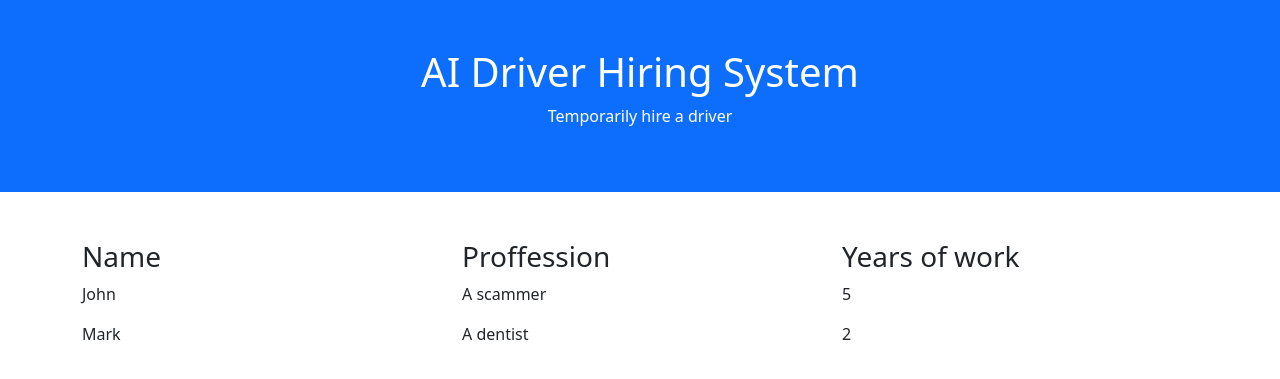
Repository: Wuda2000/AI-powered-Driver-hiring-system
Page: ONE.html
The author's editor kept a copy of each file at every save. The page is drawn from the files as they stood at one save, then again after the next save.
The browser window is 1280 px wide. The pictures show the whole page.

Above is the page before, as saved 2024-12-23 22:21:06.

### ONE.html
<!DOCTYPE html>
<html lang="en">
<head>
  <title>Bootstrap 5 Example</title>
  <meta charset="utf-8">
  <meta name="viewport" content="width=device-width, initial-scale=1">
  <link href="https://cdn.jsdelivr.net/npm/bootstrap@5.3.3/dist/css/bootstrap.min.css" rel="stylesheet">
  <script src="https://cdn.jsdelivr.net/npm/bootstrap@5.3.3/dist/js/bootstrap.bundle.min.js"></script>
</head>
<body>


    <div class="container-fluid p-5 bg-primary text-white text-center">
        <h1>AI Driver Hiring System</h1>
        <p style="color: ;">Temporarily hire a driver</p>
      </div>

      <div class="container mt-5">
        <div class="row">
          <div class="col-sm-4">
            <h3>Name</h3>
            <p>John</p>
            <p>Mark</p>
          </div>
          <div class="col-sm-4">
            <h3>Proffession</h3>
            <p>A scammer</p>
            <p>A dentist</p>
          </div>
          <div class="col-sm-4">
            <h3>Years of work</h3>
            <p>5</p>
            <p>2</p>
          </div>
        </div>
      </div>
</body>
</html>

After the next save:
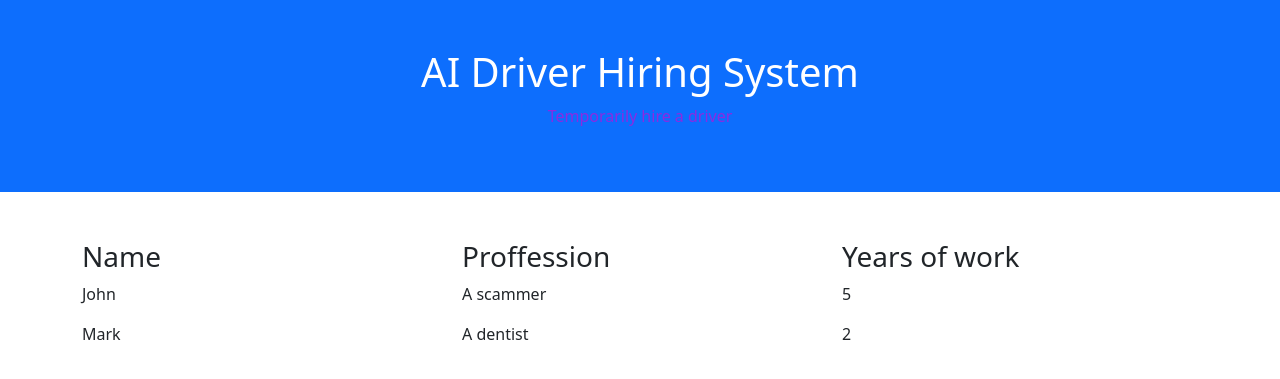
Saved 15 s later.
--- a/ONE.html
+++ b/ONE.html
@@ -12,7 +12,7 @@
 
     <div class="container-fluid p-5 bg-primary text-white text-center">
         <h1>AI Driver Hiring System</h1>
-        <p style="color: ;">Temporarily hire a driver</p>
+        <p style="color: blueviolet;">Temporarily hire a driver</p>
       </div>
 
       <div class="container mt-5">
